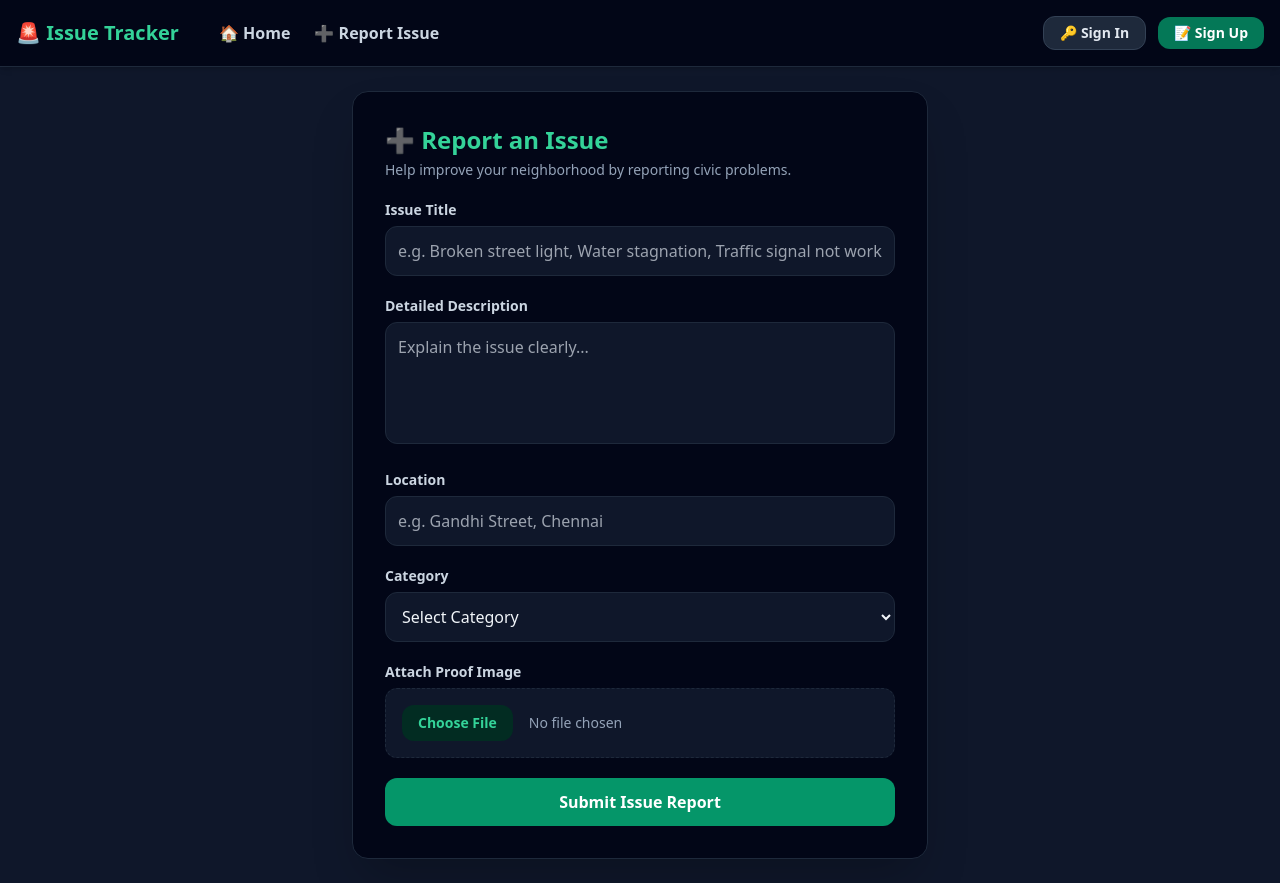
Repository: pugazhendhiprem3-cp/local-issue-management-system-.-.-.
Page: /create-issue (app in my-react-app/)
These files come from the project's save history. The page is drawn as it stood at one moment and after the next save; the edit follows.
The browser window is 1280 px wide. The pictures show the whole page.
The project was rebuilt for these pictures with package versions that can differ from the ones it lists, and the page was loaded fresh each time. Also part of the build but not shown: my-react-app/vite.config.js, my-react-app/src/pages/IssuesFeed.jsx, my-react-app/src/pages/login.jsx, my-react-app/src/pages/Signup.jsx.

Above is the page before, as saved 2026-05-23 14:20:36.

### my-react-app/index.html
<!doctype html>
<html lang="en">
  <head>
    <meta charset="UTF-8" />
    <link rel="icon" type="image/svg+xml" href="/favicon.svg" />
    <meta name="viewport" content="width=device-width, initial-scale=1.0" />
    <title>my-react-app</title>
  </head>
  <body>
    <div id="root"></div>
    <script type="module" src="/src/main.jsx"></script>
  </body>
</html>

### my-react-app/src/App.jsx
import React, { useState, useEffect } from 'react';
import { BrowserRouter as Router, Routes, Route, Link } from 'react-router-dom';

import CreateIssue from './pages/CreateIssue';
import IssuesFeed from './pages/IssuesFeed';
import Login from './pages/Login';
import Signup from './pages/Signup';

// 🟢 Home Page
const Home = () => {
  return (
    <div className="space-y-10">

      {/* Welcome Banner */}
      <div className="text-center mt-12 p-8 bg-slate-950 rounded-xl border border-slate-800 max-w-xl mx-auto shadow-2xl">

        <h1 className="text-3xl font-bold text-emerald-400 mb-4">
          🚨 Local Issue Tracker
        </h1>

        <p className="text-slate-400 mb-6">
          Track and report civic issues in your neighborhood instantly.
        </p>

        <Link
          to="/create-issue"
          className="inline-block bg-emerald-600 hover:bg-emerald-500 text-white font-bold py-2.5 px-6 rounded transition duration-200"
        >
          Report a New Issue Now
        </Link>
      </div>

      {/* Live Feed */}
      <IssuesFeed />

    </div>
  );
};

function App() {

  // 🟢 Authentication State
  const [isAuthenticated, setIsAuthenticated] = useState(false);

  // 🟢 Check token on page load
  useEffect(() => {
    const token = localStorage.getItem('token');
    setIsAuthenticated(!!token);
  }, []);

  // 🟢 Logout Function
  const handleLogout = () => {
    localStorage.removeItem('token');
    localStorage.removeItem('role');

    setIsAuthenticated(false);

    window.location.href = '/';
  };

  return (
    <Router>

      <div className="min-h-screen bg-slate-900 text-white">

        {/* ================= NAVBAR ================= */}
        <nav className="p-4 bg-slate-950 border-b border-slate-800 flex justify-between items-center shadow-md">

          {/* Left Side */}
          <div className="flex gap-6 items-center">

            <div className="text-xl font-bold text-emerald-400 mr-4">
              🚨 Issue Tracker
            </div>

            <Link
              to="/"
              className="text-slate-300 font-semibold hover:text-emerald-400 transition-colors"
            >
              🏠 Home
            </Link>

            <Link
              to="/create-issue"
              className="text-slate-300 font-semibold hover:text-emerald-400 transition-colors"
            >
              ➕ Report Issue
            </Link>

          </div>

          {/* Right Side */}
          <div className="flex gap-3 items-center">

            {isAuthenticated ? (

              // 🟢 SHOW LOGOUT BUTTON
              <button
                onClick={handleLogout}
                className="bg-red-950 hover:bg-red-900 text-red-200 border border-red-800 font-semibold py-1.5 px-4 rounded-xl transition duration-200 text-sm"
              >
                🛑 Sign Out
              </button>

            ) : (

              // 🟢 SHOW LOGIN + SIGNUP
              <>
                <Link
                  to="/login"
                  className="bg-slate-800 hover:bg-slate-700 text-slate-200 border border-slate-700 font-semibold py-1.5 px-4 rounded-xl transition duration-200 text-sm"
                >
                  🔑 Sign In
                </Link>

                <Link
                  to="/signup"
                  className="bg-emerald-700 hover:bg-emerald-600 text-white font-semibold py-1.5 px-4 rounded-xl transition duration-200 text-sm"
                >
                  📝 Sign Up
                </Link>
              </>

            )}

          </div>

        </nav>

        {/* ================= ROUTES ================= */}
        <div className="container mx-auto px-4 py-6">

          <Routes>

            {/* Home */}
            <Route path="/" element={<Home />} />

            {/* Create Issue */}
            <Route path="/create-issue" element={<CreateIssue />} />

            {/* Login */}
            <Route
              path="/login"
              element={
                <Login setIsAuthenticated={setIsAuthenticated} />
              }
            />

            {/* Signup */}
            <Route
              path="/signup"
              element={<Signup />}
            />

          </Routes>

        </div>

      </div>

    </Router>
  );
}

export default App;

### my-react-app/src/pages/CreateIssue.jsx
import React, { useState } from 'react';
import { useNavigate } from 'react-router-dom';
import API from '../services/api';

const CreateIssue = () => {

    // 🟢 Full Form State
    const [formDataState, setFormDataState] = useState({
        title: '',
        description: '',
        location: '',
        category: '',
    });

    const [imageFile, setImageFile] = useState(null);

    const [loading, setLoading] = useState(false);
    const [error, setError] = useState('');

    const navigate = useNavigate();

    // 🟢 Handle Input Changes
    const handleChange = (e) => {
        setFormDataState({
            ...formDataState,
            [e.target.name]: e.target.value
        });
    };

    // 🟢 Handle Image Upload
    const handleFileChange = (e) => {
        setImageFile(e.target.files[0]);
    };

    // 🟢 Submit Form
    const handleSubmit = async (e) => {

        e.preventDefault();

        setLoading(true);
        setError('');

        try {

            // 🟢 MULTIPART FORM DATA
            const formData = new FormData();

            formData.append('title', formDataState.title);
            formData.append('description', formDataState.description);
            formData.append('location', formDataState.location);
            formData.append('category', formDataState.category);

            if (imageFile) {
                formData.append('image', imageFile);
            }

            // 🟢 API REQUEST
            await API.post('/issues', formData, {
                headers: {
                    'Content-Type': 'multipart/form-data'
                }
            });

            alert('🎉 Issue Report Submitted Successfully!');

            navigate('/');

        } catch (err) {

            console.error(err);

            setError(
                err.response?.data ||
                'Failed to submit issue.'
            );

        } finally {
            setLoading(false);
        }
    };

    return (

        <div className="flex justify-center items-center min-h-[80vh]">

            <form
                onSubmit={handleSubmit}
                className="bg-slate-950 border border-slate-800 p-8 rounded-2xl shadow-2xl w-full max-w-xl space-y-5"
            >

                {/* HEADER */}
                <div>

                    <h2 className="text-2xl font-bold text-emerald-400">
                        ➕ Report an Issue
                    </h2>

                    <p className="text-slate-400 text-sm mt-1">
                        Help improve your neighborhood by reporting civic problems.
                    </p>

                </div>

                {/* ERROR */}
                {error && (
                    <div className="bg-red-950/50 border border-red-800 text-red-400 text-sm p-3 rounded-xl text-center">
                        ⚠️ {error}
                    </div>
                )}

                {/* TITLE */}
                <div>

                    <label className="block text-sm font-semibold text-slate-300 mb-1.5">
                        Issue Title
                    </label>

                    <input
                        type="text"
                        name="title"
                        value={formDataState.title}
                        onChange={handleChange}
                        placeholder="e.g. Broken street light, Water stagnation, Traffic signal not working,
                         Transformer issues, Garbage not collected, Suspicious activities, Broken CCTV cameras"
                        required
                        className="w-full p-3 rounded-xl bg-slate-900 border border-slate-800 focus:outline-none focus:border-emerald-500 text-slate-100"
                    />

                </div>

                {/* DESCRIPTION */}
                <div>

                    <label className="block text-sm font-semibold text-slate-300 mb-1.5">
                        Detailed Description
                    </label>

                    <textarea
                        name="description"
                        value={formDataState.description}
                        onChange={handleChange}
                        placeholder="Explain the issue clearly..."
                        required
                        rows="4"
                        className="w-full p-3 rounded-xl bg-slate-900 border border-slate-800 focus:outline-none focus:border-emerald-500 text-slate-100 resize-none"
                    />

                </div>

                {/* LOCATION */}
                <div>

                    <label className="block text-sm font-semibold text-slate-300 mb-1.5">
                        Location
                    </label>

                    <input
                        type="text"
                        name="location"
                        value={formDataState.location}
                        onChange={handleChange}
                        placeholder="e.g. Gandhi Street, Chennai"
                        className="w-full p-3 rounded-xl bg-slate-900 border border-slate-800 focus:outline-none focus:border-emerald-500 text-slate-100"
                    />

                </div>

                {/* CATEGORY */}
                <div>

                    <label className="block text-sm font-semibold text-slate-300 mb-1.5">
                        Category
                    </label>

                    <select
                        name="category"
                        value={formDataState.category}
                        onChange={handleChange}
                        className="w-full p-3 rounded-xl bg-slate-900 border border-slate-800 focus:outline-none focus:border-emerald-500 text-slate-100"
                    >
                        <option value="">Select Category</option>
                        <option value="ROAD">Road</option>
                        <option value="WATER">Water</option>
                        <option value="ELECTRICAL">Electrical</option>
                        <option value="GARBAGE">Garbage</option>
                        <option value="DRAINAGE">Drainage</option>
                        <option value="STREETLIGHT">Street Light</option>
                        <option value="OTHERS">Others</option>
                    </select>

                </div>

                {/* IMAGE */}
                <div>

                    <label className="block text-sm font-semibold text-slate-300 mb-1.5">
                        Attach Proof Image
                    </label>

                    <div className="w-full bg-slate-900 border border-slate-800 rounded-xl p-4 border-dashed">

                        <input
                            type="file"
                            accept="image/*"
                            onChange={handleFileChange}
                            className="w-full text-sm text-slate-400 file:mr-4 file:py-2 file:px-4 file:rounded-xl file:border-0 file:text-sm file:font-semibold file:bg-emerald-950 file:text-emerald-400 hover:file:bg-emerald-900 cursor-pointer"
                        />

                    </div>

                </div>

                {/* BUTTON */}
                <button
                    type="submit"
                    disabled={loading}
                    className="w-full bg-emerald-600 hover:bg-emerald-500 disabled:bg-emerald-800 text-white font-bold p-3 rounded-xl transition duration-200"
                >
                    {loading ? 'Submitting...' : 'Submit Issue Report'}
                </button>

            </form>

        </div>
    );
};

export default CreateIssue;

### my-react-app/src/services/api.js
import axios from 'axios';

const API = axios.create({
    baseURL: 'http://localhost:8080'
});

// Automatically intercept every outgoing HTTP request and attach the JWT token
API.interceptors.request.use((config) => {
    const token = localStorage.getItem('token');
    if (token) {
        config.headers.Authorization = `Bearer ${token}`;
    }
    return config;
}, (error) => {
    return Promise.reject(error);
});

export default API;

Loaded but not shown: my-react-app/src/main.jsx (common file); my-react-app/src/index.css (common file); my-react-app/tailwind.config.js (common file)

After the next save:
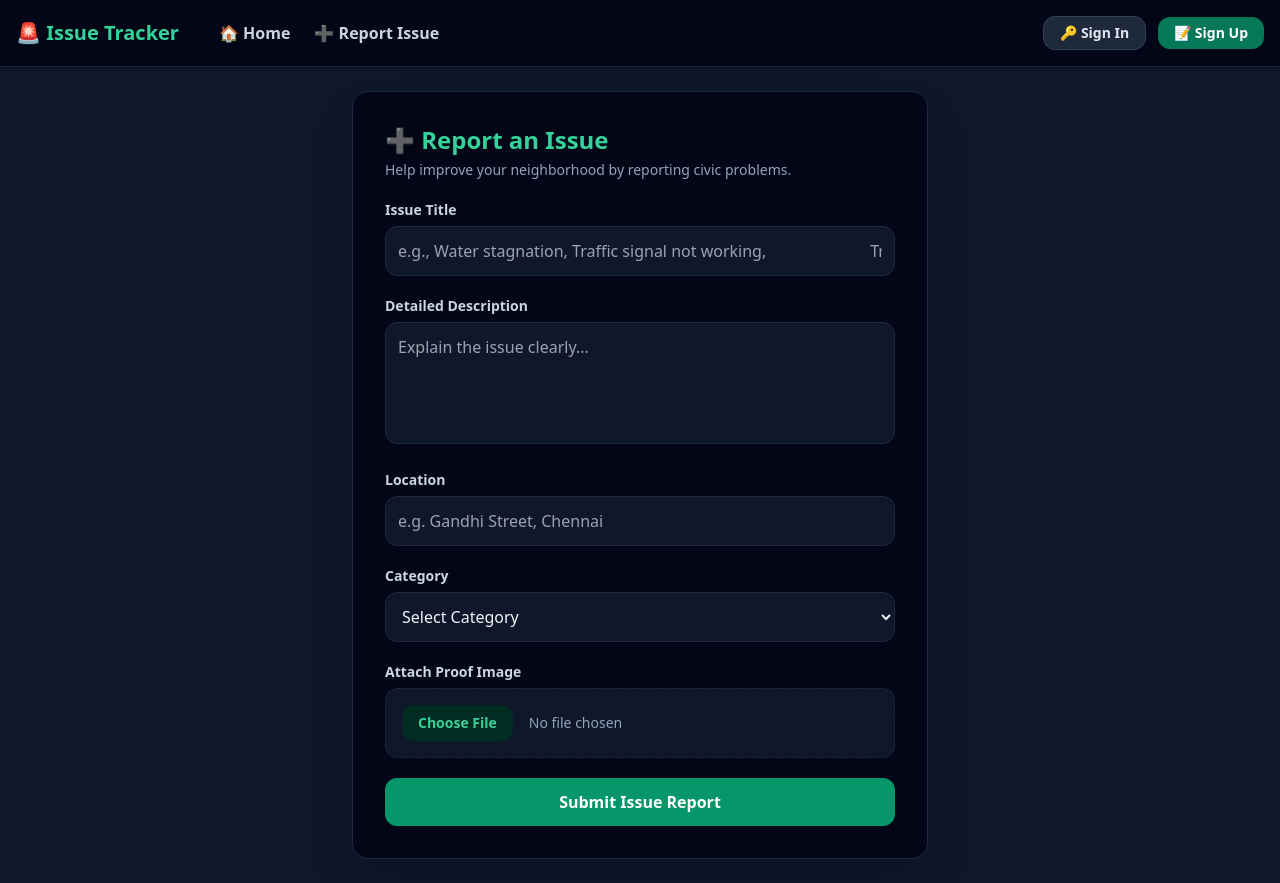
Saved 32 s later.
--- a/my-react-app/src/pages/CreateIssue.jsx
+++ b/my-react-app/src/pages/CreateIssue.jsx
@@ -120,7 +120,7 @@ const CreateIssue = () => {
                         name="title"
                         value={formDataState.title}
                         onChange={handleChange}
-                        placeholder="e.g. Broken street light, Water stagnation, Traffic signal not working,
+                        placeholder="e.g., Water stagnation, Traffic signal not working,
                          Transformer issues, Garbage not collected, Suspicious activities, Broken CCTV cameras"
                         required
                         className="w-full p-3 rounded-xl bg-slate-900 border border-slate-800 focus:outline-none focus:border-emerald-500 text-slate-100"
